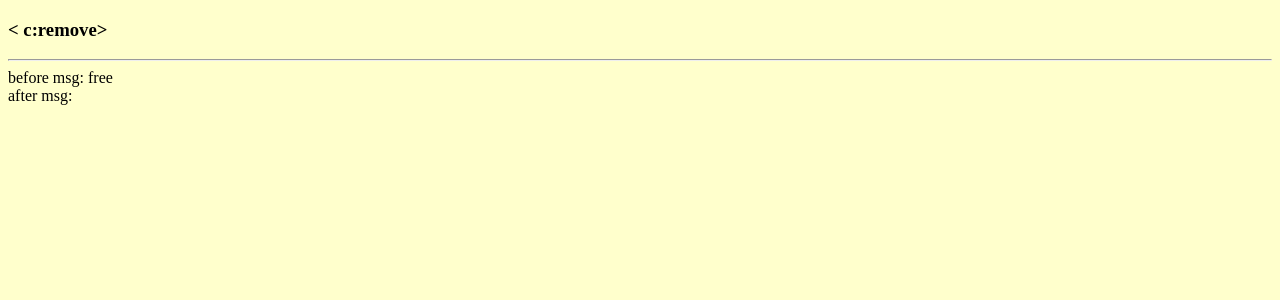
Repository: topblame/Bootcamp
Page: http://localhost/JSP_250408/chapter05/01_jstlExam.jsp
These files come from the project's save history. The page is drawn as it stood at one moment and after the next save; the edit follows.
The browser window is 1280 px wide. The pictures show the whole page.
The page is served by Tomcat 9. Other server files are loaded and not shown.

Above is the page before, as saved 2025-06-27 02:17:53.

### WebMvc/JSP_250408/src/main/webapp/chapter05/01_jstlExam.jsp
<%@ page language="java" contentType="text/html; charset=UTF-8" pageEncoding="UTF-8"%>
<%@ taglib prefix = "c" uri = "http://java.sun.com/jsp/jstl/core" %>
<!DOCTYPE html PUBLIC "-//W3C//DTD HTML 4.01 Transitional//EN" "http://www.w3.org/TR/html4/loose.dtd">
<html>
<head>
<meta http-equiv="Content-Type" content="text/html; charset=UTF-8">
<title>JSTL</title> <!-- java-server standard tag lib -->
</head>
<body bgcolor = "#ffffcc">
<h3>&lt; c:remove&gt;</h3>
<hr />
<!-- java code: var msg = "free" -->
<c:set var ="msg" value = "free"/>
before msg: ${msg }
<br />
<c:remove var = "msg"/>
after msg: ${msg }
<p></p>
</body>
</html>
<!--JSTL(JavaServer Pages Standard Tag Library): JSP에서 자주 사용되는 자바 코드를 태그방식으로 지원 -->

After the next save:
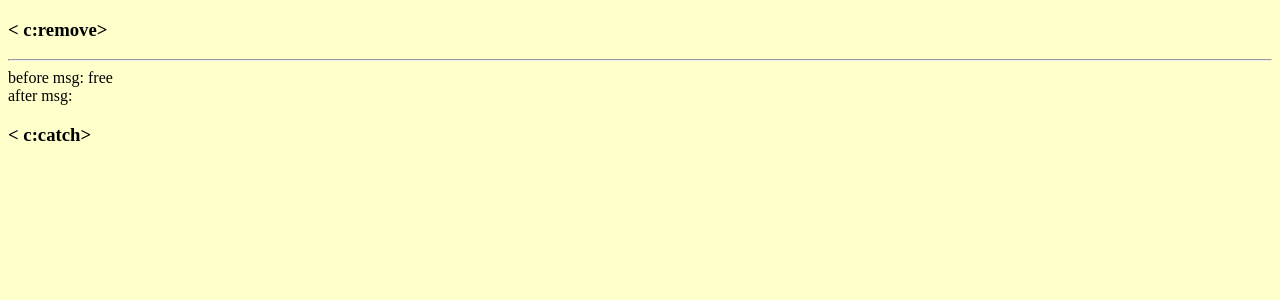
Saved 66 s later.
--- a/WebMvc/JSP_250408/src/main/webapp/chapter05/01_jstlExam.jsp
+++ b/WebMvc/JSP_250408/src/main/webapp/chapter05/01_jstlExam.jsp
@@ -16,6 +16,9 @@ before msg: ${msg }
 <c:remove var = "msg"/>
 after msg: ${msg }
 <p></p>
+
+<h3>&lt; c:catch&gt;</h3>
+
 </body>
 </html>
 <!--JSTL(JavaServer Pages Standard Tag Library): JSP에서 자주 사용되는 자바 코드를 태그방식으로 지원 -->
